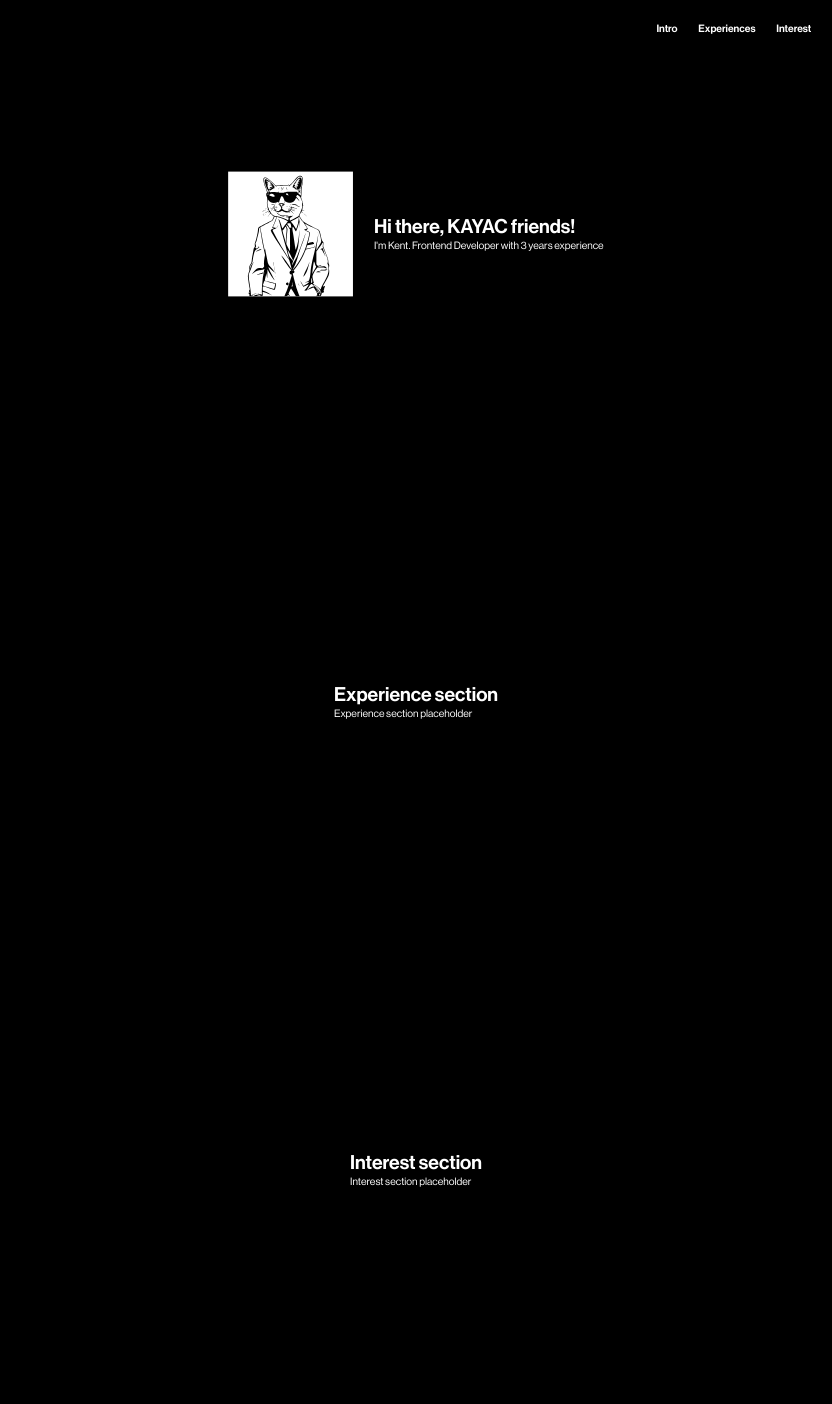
Repository: kentnathaniel/kayac-presentation
Page: /
An editor plug-in stored every save of this project. The page is shown before and after the next save, followed by the edit.
The browser window is 1280 px wide. The pictures show the whole page, at 65% of full size.
The project was rebuilt for these pictures with package versions that can differ from the ones it lists, and the page was loaded fresh each time. Also part of the build but not shown: vite.config.ts.

Above is the page before, as saved 2024-09-14 09:21:51.

After the next save:
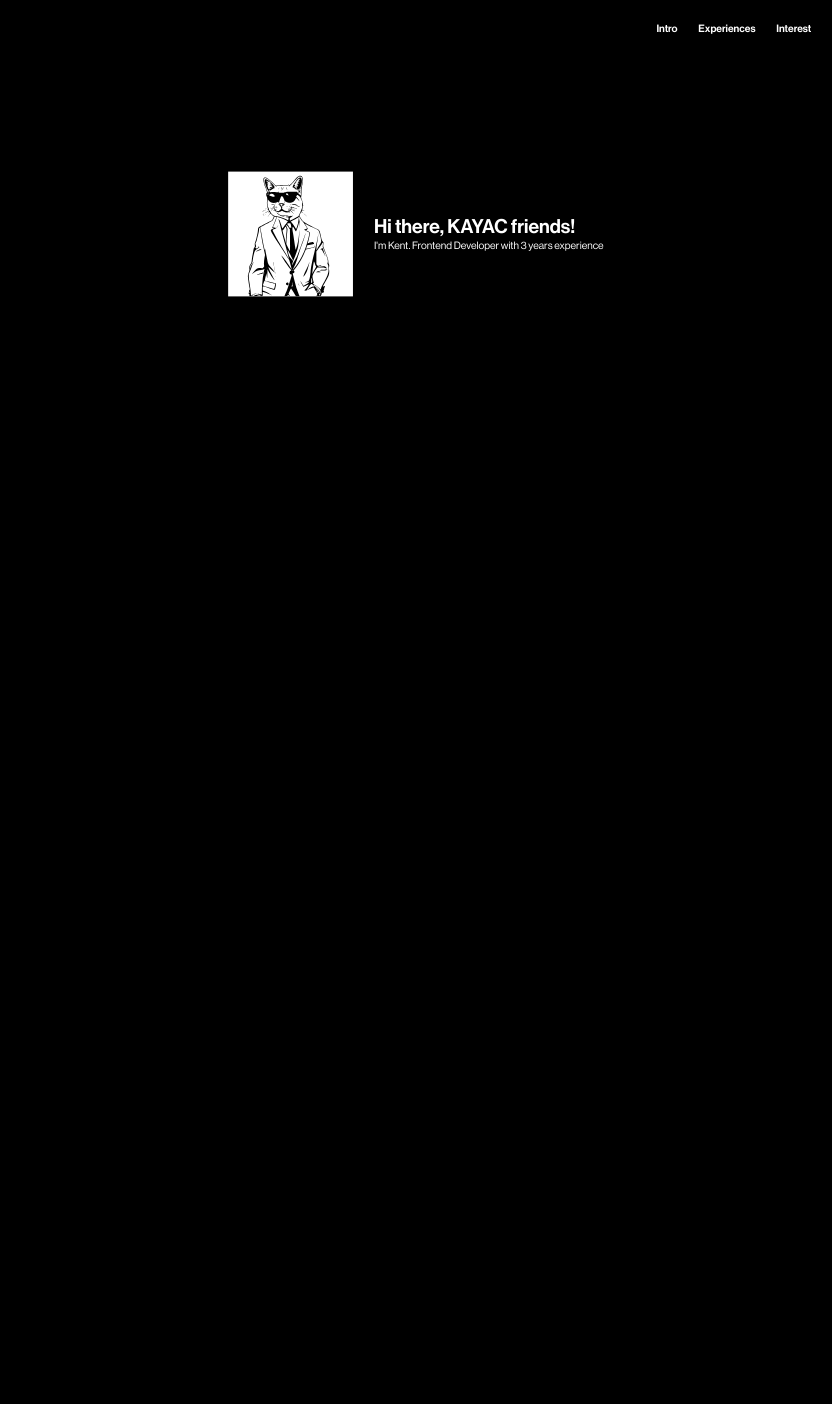
Saved 11 s later.
--- a/src/App.tsx
+++ b/src/App.tsx
@@ -24,13 +24,13 @@ function App() {
       </div>
 
       <div className="flex flex-col justify-center mx-auto h-screen">
-        <h1 className="text-3xl text-left">Experience section</h1>
-        <p className="font-thin">Experience section placeholder</p>
+        {/* <h1 className="text-3xl text-left">Experience section</h1>
+        <p className="font-thin">Experience section placeholder</p> */}
       </div>
 
       <div className="flex flex-col justify-center mx-auto h-screen">
-        <h1 className="text-3xl text-left">Interest section</h1>
-        <p className="font-thin">Interest section placeholder</p>
+        {/* <h1 className="text-3xl text-left">Interest section</h1>
+        <p className="font-thin">Interest section placeholder</p> */}
       </div>
     </div>
   );
